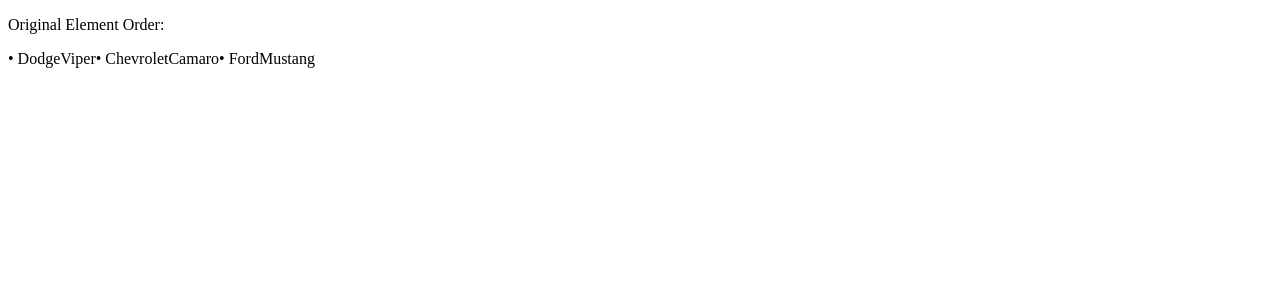
Repository: NetGary0430/htdocs
Page: http://localhost/sort.php
The author's editor kept a copy of each file at every save. The page is drawn from the files as they stood at one save, then again after a run of saves.
The browser window is 1280 px wide. The pictures show the whole page.
The page is run by PHP 8.4 with error messages shown; the project is at /var/www/html/.

Above is the page before, as saved 2025-03-01 14:41:54.

### sort.php
<!DOCTYPE html>
<html lang="en">
<head>
    <meta charset="UTF-8">
    <meta name="viewport" content="width=device-width, initial-scale=1.0">
    <title>Sort</title>
</head>
<body>
    <?php
    # Statements to be inserted here
    $cars = array('Dodge' => 'Viper',
                'Chevrolet' => 'Camaro',
                'Ford' => 'Mustang');
    echo '<dl><dt>Original Element Order:<dd></dd></dt></dl>';
    foreach($cars as $key => $value)
    {echo '&bull; ', $key.''.$value;}

    ?>
</body>
</html>

After the next 2 saves:
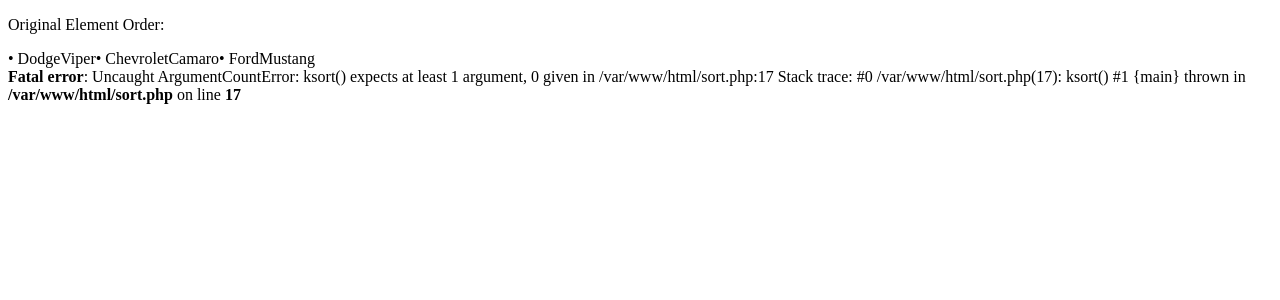
The 2 saves are shown as one change because they came seconds apart.
The last was saved 8 s later.
--- a/sort.php
+++ b/sort.php
@@ -14,7 +14,7 @@
     echo '<dl><dt>Original Element Order:<dd></dd></dt></dl>';
     foreach($cars as $key => $value)
     {echo '&bull; ', $key.''.$value;}
-
+    ksort()
     ?>
 </body>
 </html>

After the save that followed:
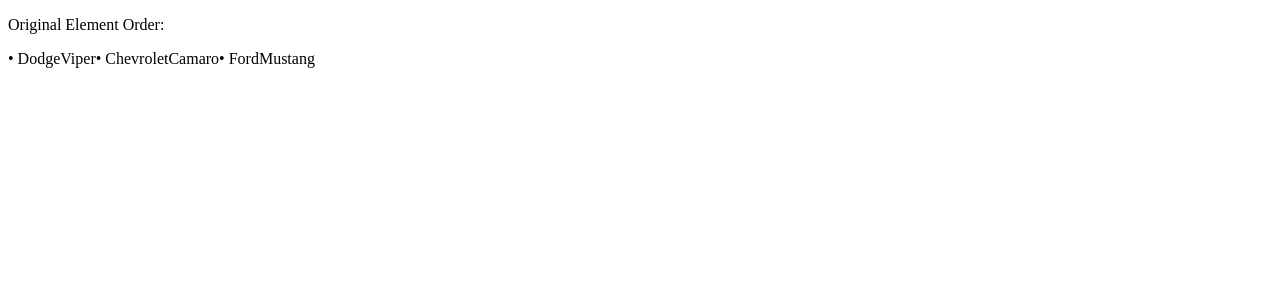
Saved 4 s later.
--- a/sort.php
+++ b/sort.php
@@ -14,7 +14,7 @@
     echo '<dl><dt>Original Element Order:<dd></dd></dt></dl>';
     foreach($cars as $key => $value)
     {echo '&bull; ', $key.''.$value;}
-    ksort()
+    ksort($cars)
     ?>
 </body>
 </html>
